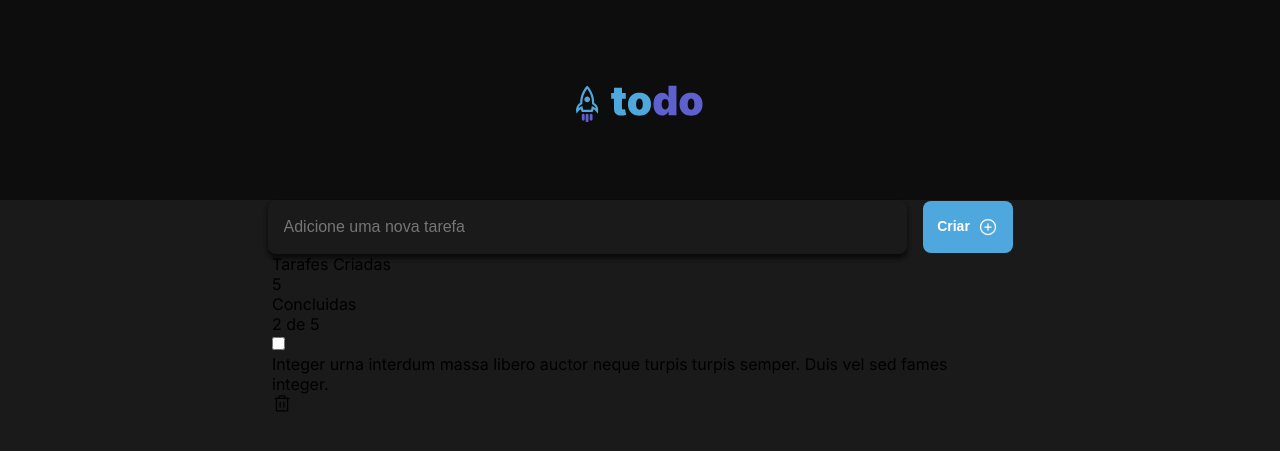
Repository: guilhermecardoso93/todolistreact
Page: /
These files come from the project's save history. The page is drawn as it stood at one moment and after a run of saves; the edit follows.
The browser window is 1280 px wide. The pictures show the whole page.
The project was rebuilt for these pictures with package versions that can differ from the ones it lists, and the page was loaded fresh each time. Also part of the build but not shown: vite.config.ts.

Above is the page before, as saved 2022-07-02 18:50:53.

### index.html
<!DOCTYPE html>
<html lang="en">
  <head>
    <meta charset="UTF-8" />
    <link rel="icon" type="image/svg+xml" href="/src/favicon.svg" />
    <link rel="preconnect" href="https://fonts.googleapis.com" />
    <link rel="preconnect" href="https://fonts.gstatic.com" crossorigin />
    <meta name="viewport" content="width=device-width, initial-scale=1.0" />
    <link
      href="https://fonts.googleapis.com/css2?family=Inter:wght@400;500;600&display=swap"
      rel="stylesheet"
    />
    <title>to do list</title>
  </head>
  <body>
    <div id="root"></div>
    <script type="module" src="/src/main.tsx"></script>
  </body>
</html>

### src/App.tsx
import "./global.css";
import { Header } from "./Header";
import { Tasks } from "./Tasks";

function App() {
  return (
    <>
      <Header />
      <div>
        <Tasks/>
      </div>
    </>
  );
}

export default App;

### src/global.css
:root {
  --white: #fff;

  --gray-100: #f2f2f2;
  --gray-100: #d9d9d9;
  --gray-300: #808080;
  --gray-400: #333333;
  --gray-500: #262626;
  --gray-600: #1a1a1a;
  --gray-700: #0d0d0d;

  --danger: #e25858;

  --purple: #828afa;
  --purple-dark: #5e60ce;

  --blue: #4ea8de;
  --blue-dark: #1e6f9f;
}

* {
  margin: 0;
  padding: 0;
  box-sizing: border-box;
}

body {
  -webkit-font-smoothing: antialiased;
  font-family: 'Inter', sans-serif;
  background: var(--gray-600);
}

### src/Header.tsx
import  Logo  from "./assets/logo.svg";

import styles from "./Header.module.css";

export function Header() {
  return (
    <header className={styles.header}>
      <img src={Logo} alt='logo' className={styles.logo}/>
    </header>
  );
}

### src/Tasks.tsx
import { Trash } from "phosphor-react";
import { TaskBar } from "./TasksBar";

import styles from "./Tasks.module.css";


export function Tasks() {
  return (
    <div className={styles.content}>
      <TaskBar/>
      <div>
        <div>
          <p>Tarafes Criadas</p>
          <p> 5 </p>
        </div>
        <div>
          <p>Concluidas</p>
          <p> 2 de 5 </p>
        </div>
        <div>
          <div>
            <div>
              <input type="checkbox" />
            </div>
            <div>
              {" "}
              <p>
                Integer urna interdum massa libero auctor neque turpis turpis
                semper. Duis vel sed fames integer.{" "}
              </p>
            </div>
            <div>
              {" "}
              <Trash size={20} />{" "}
            </div>
          </div>
        </div>
      </div>
    </div>
  );
}

### src/Header.module.css
.header {
  height: 12.5rem;
  background: var(--gray-700);
  display: flex;
  justify-content: center;
  align-items: center;
}

.logo {
  height: 4rem;
  width: 8rem;
}

### src/TasksBar.tsx
import { PlusCircle } from "phosphor-react";

import styles from "./TasksBar.module.css";

export function TaskBar() {
  return (
    <div className={styles.container}>
      <input type="text" placeholder="Adicione uma nova tarefa" />
      <button>
        {" "}
        Criar <PlusCircle size={20} />{" "}
      </button>
    </div>
  );
}

### src/Tasks.module.css
.content {
  display: flex;
  flex-direction: column;
  align-items: center;
  justify-content: space-between;
  margin: auto;

  width: 736px;
}

### src/TasksBar.module.css
.container {
  display: flex;
  align-items: center;
  justify-content: center;
  gap: 1rem;
}

.container input {
  background: var(--grey-500);
  color: var(--grey-300);
  width: 639px;
  padding: 1rem;

  font-style: normal;
  font-weight: 400;
  font-size: 16px;
  line-height: 140%;

  border: 1px solid var(--grey-700);
  box-shadow: 0px 4px 4px rgba(0, 0, 0, 0.25), 0px 4px 4px rgba(0, 0, 0, 0.25),
    0px 4px 4px rgba(0, 0, 0, 0.25);
  border-radius: 8px;
}

.container button {
  background: var(--blue);
  color: var(--white);
  gap: 0.5rem;
  display: flex;
  align-items: center;
  justify-content: center;
  border-radius: 8px;
  height: 52px;
  width: 90px;
  border: none;

  font-style: normal;
  font-weight: 700;
  font-size: 14px;
  line-height: 140%;

  transiction: opacity 0.2s;
}

.container button:hover {
  transiction: opacity;
}

Loaded but not shown: src/main.tsx (common file)

After the next 3 saves:
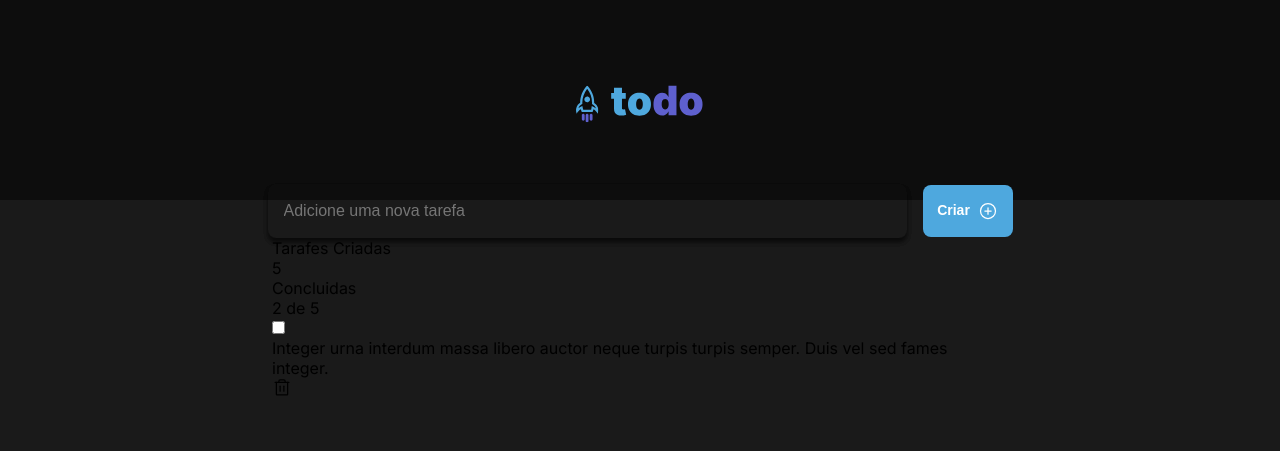
The 3 saves are shown as one change because they came seconds apart.
The last was saved 21 s later.
--- a/src/TasksBar.module.css
+++ b/src/TasksBar.module.css
@@ -3,6 +3,7 @@
   align-items: center;
   justify-content: center;
   gap: 1rem;
+  margin-top:-1rem;
 }
 
 .container input {
